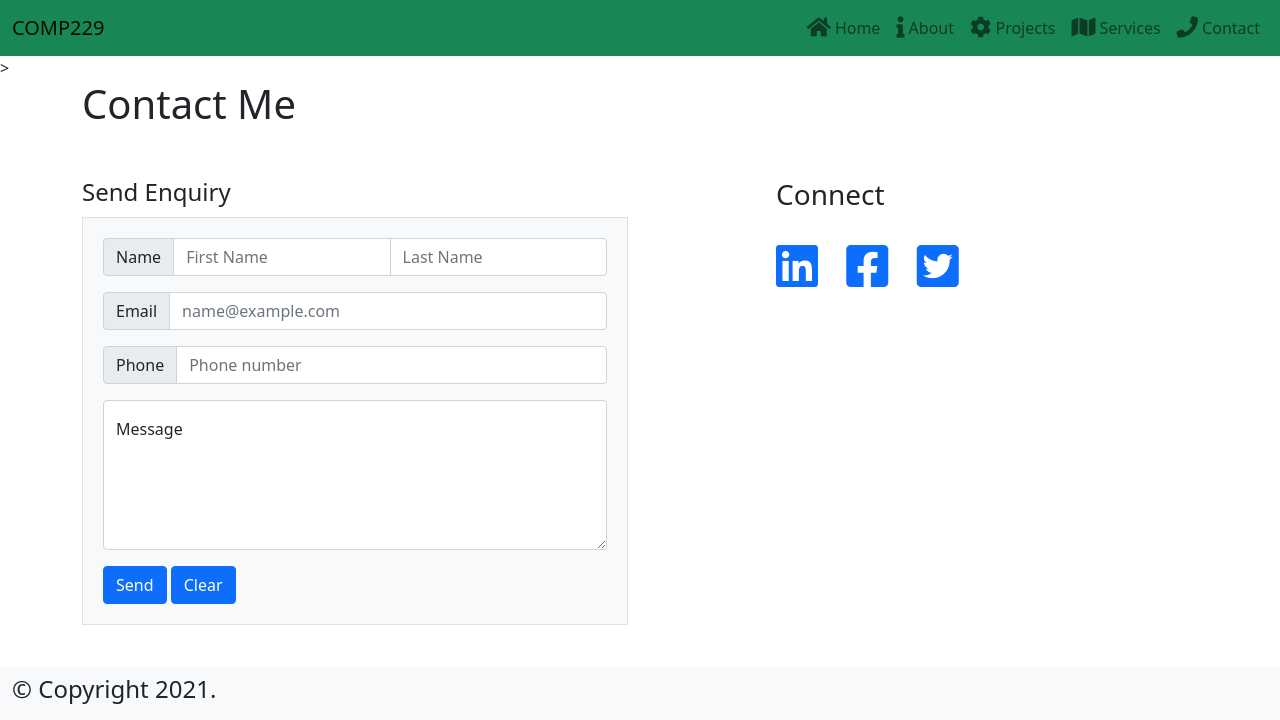
Repository: Mostafa-Asaad/Portfolio
Page: http://localhost/contact
An editor plug-in stored every save of this project. The page is shown before and after the next save, followed by the edit.
The browser window is 1280 px wide. The pictures show the whole page.
The page is served by the project's Node server (index.js).

Above is the page before, as saved 2021-06-04 16:18:00.

After the next save:
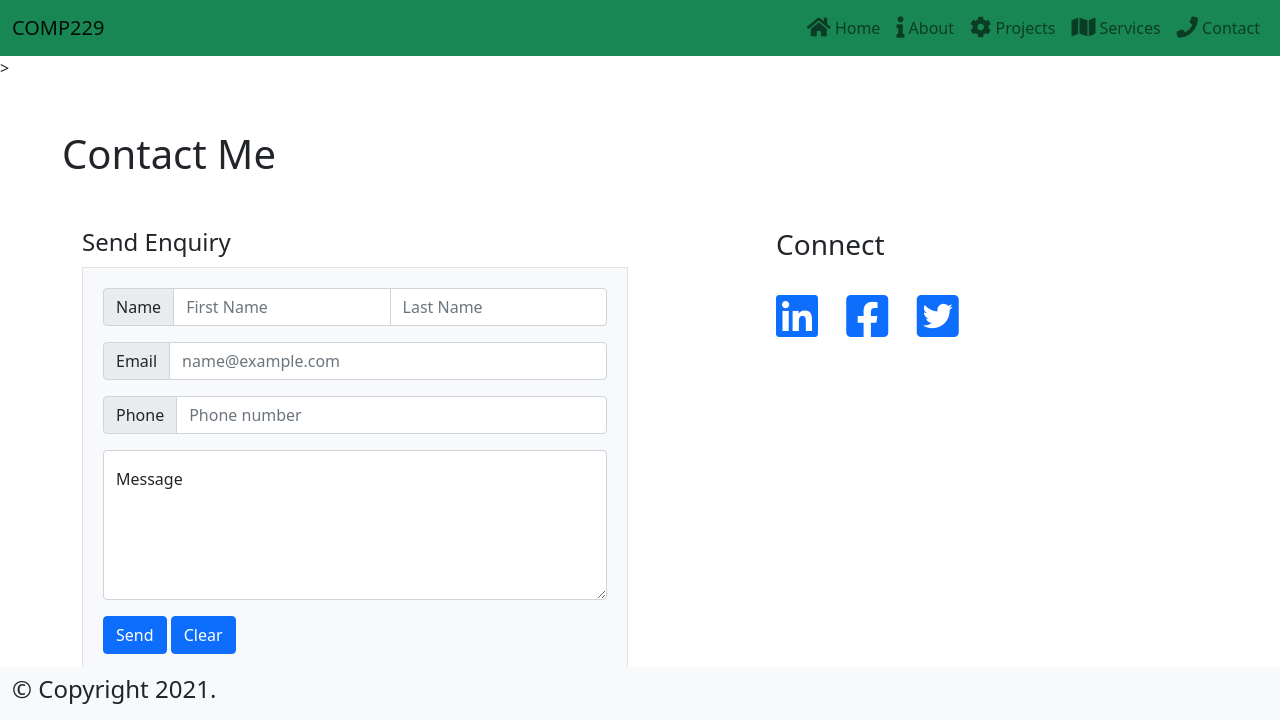
Saved 15 s later.
--- a/Server/Views/content/contact.ejs
+++ b/Server/Views/content/contact.ejs
@@ -1,6 +1,6 @@
 
 <!-- Page Title -->
-<div class="container" style= "margin-bottom:50px;" >
+<div class="container" style= "margin:50px;" >
   <h1>Contact Me</h1>
 </div>
 

After the save that followed:
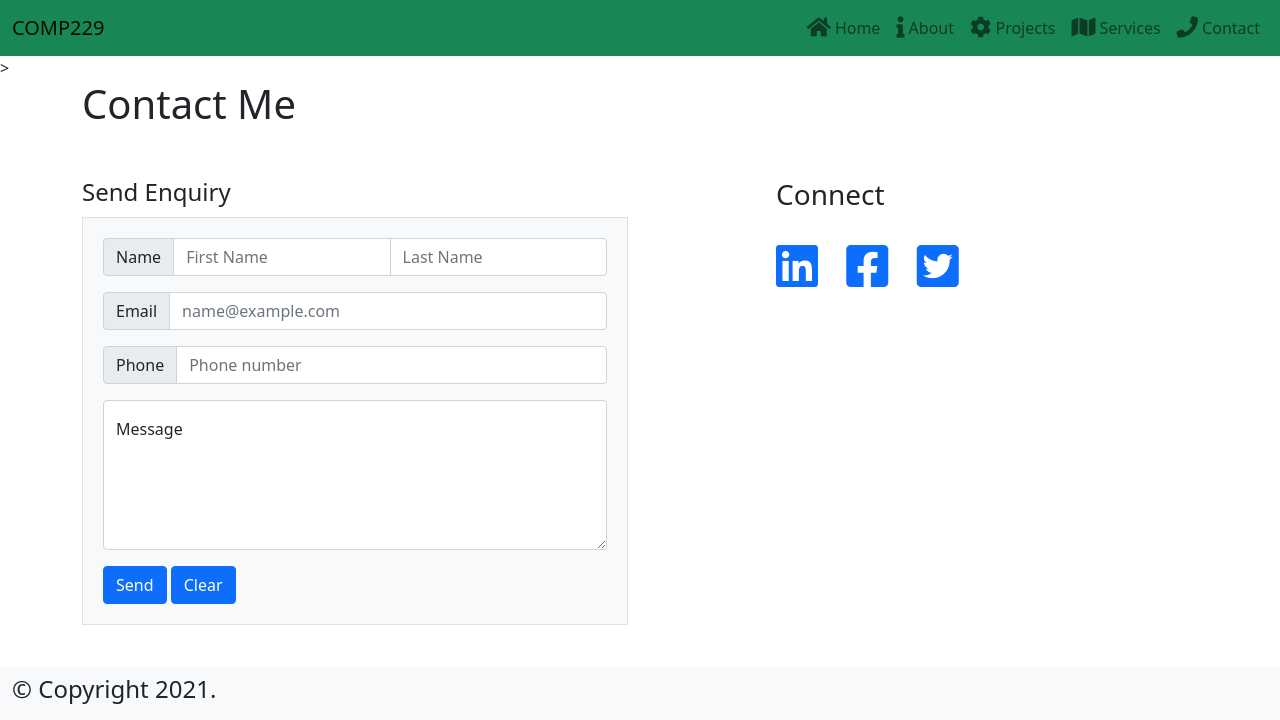
Saved 25 s later.
--- a/Server/Views/content/contact.ejs
+++ b/Server/Views/content/contact.ejs
@@ -1,6 +1,6 @@
 
 <!-- Page Title -->
-<div class="container" style= "margin:50px;" >
+<div class="container" style= "margin-bottom:50px;" >
   <h1>Contact Me</h1>
 </div>
 
